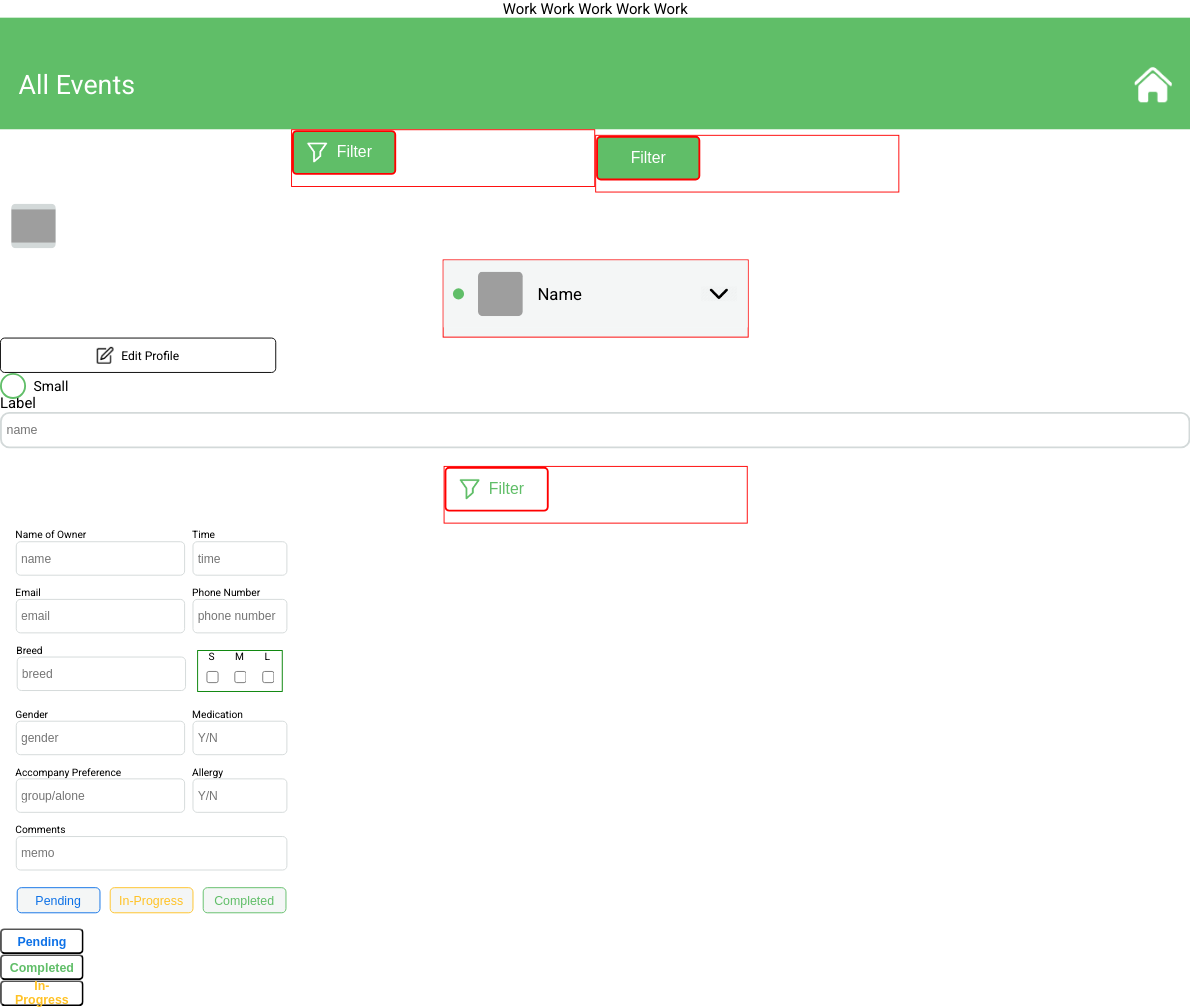
Repository: tanishap11/MDIA3109-Midterm
Page: / (app in midterm/)
These files come from the project's save history. The page is drawn as it stood at one moment and after a run of saves; the edit follows.
The browser window is 1280 px wide. The pictures show the whole page, at 93% of full size.
Pictures or frames that could not be fetched are drawn as grey boxes. The project was rebuilt for these pictures with package versions that can differ from the ones it lists, and the page was loaded fresh each time. Also part of the build but not shown: midterm/src/comps/Avatar/index.js, midterm/src/comps/Dot/index.js, midterm/src/comps/ProgressBut/Pending/index.js, midterm/src/comps/ProgressBut/InProgress/index.js, midterm/src/comps/ProgressBut/Completed/index.js, midterm/src/comps/ProgressBut/Test/Pen/index.js, midterm/src/comps/ProgressBut/Test/Prog/index.js, midterm/src/comps/ProgressBut/Test/Com/index.js and 1 more.

Above is the page before, as saved 2021-02-05 15:48:19.

### midterm/src/App.js
import './App.scss';
import Main from 'pages/main';

function App() {
  return (
    <div className="App">
      Work Work Work Work Work
      <Main />
    </div>
  );
}

export default App;

### midterm/src/App.scss
.App {
  text-align: center;
  font-family: 'roboto';
}

### midterm/src/pages/main/index.js
import React, { useState, useEffect } from 'react';
import Upload from 'comps/Upload';
import Avatar from 'comps/Avatar';
import Dot from 'comps/Dot';
import Pro_box from 'comps/Pro_box';
import Oliver from '../../image/oliver.jpeg';
import Spotty from '../../image/spotty.png';
import {Pending, Progress, Completed} from 'comps/Dot';
import EditBtn from 'comps/EditButton';
import Banner from 'comps/Banner';
import FliterCheck from 'comps/FliterCheck';
import FilterButton from 'comps/FilterButton';
import ActiveFilterImage from '../../image/filter-active.png';

import Input from 'comps/Input';
import PendingButton from 'comps/ProgressBut/Pending';
import ProgressButton from 'comps/ProgressBut/InProgress';
import CompletedButton from 'comps/ProgressBut/Completed';
import LandingPage from 'comps/ProgressBut/Test/Pen';
import YellowBut from 'comps/ProgressBut/Test/Prog';
import GreenBut from 'comps/ProgressBut/Test/Com';
import BlueBut from 'comps/ProgressBut/Test/Pend';
import Input_box from 'comps/inputBox';

import StatusButton from 'comps/StatusButton';

require('typeface-roboto');


const Main = () => {

  const [clickedButton, setClickedButton] = useState(null);

  const ButtonColorSelect = (name) =>{
    setClickedButton(name);
  }

  return <div className="main">
    <Banner />
    <FilterButton />
    <FilterButton name="Add" display="none" img=""/>
      <Upload />
      <Pro_box />
      <EditBtn />
      <FliterCheck />
      <Input /> <br/>
      <FilterButton bgcolor="white" border="2px solid #60BE68" color="#60BE68" img={ActiveFilterImage}/>
      <Input_box />
      <StatusButton
        name = "pending"
        text = "Pending"
        bgcolor = {clickedButton === "pending" ? "#0D71E7" : "white"}
        color = {clickedButton === "pending" ? "white" : "#0D71E7"}
        onButtonSelect={ButtonColorSelect}
      />
      <StatusButton
        name = "completed"
        text = "Completed"
        bgcolor = {clickedButton === "completed" ? "#60BE68" : "white"}
        color = {clickedButton === "completed" ? "white" : "#60BE68"}
        onButtonSelect={ButtonColorSelect}
      />
      <StatusButton
        name = "inprogress"
        text = "In-Progress"
        bgcolor = {clickedButton === "inprogress" ? "#FFC225" : "white"}
        color = {clickedButton === "inprogress" ? "white" : "#FFC225"}
        onButtonSelect={ButtonColorSelect}
      />

  </div>

}

export default Main;

### midterm/src/comps/Upload/index.js
import React from 'react';
import styled from 'styled-components';
import UploadImage from '../../image/upload.png';

const Container = styled.div`
min-width: ${props=>props.width ? props.width : "48px"};
min-height: ${props=>props.height ? props.height : "48px"};
max-width: ${props=>props.width ? props.width : "48px"};
max-height: ${props=>props.height ? props.height : "48px"};
// display: flex;
// flex-direction: column;
// justify-cotent: center;
align-items: center;
background-image: url(${props=>props.img ? props.img : UploadImage});
background-size: contain;
background-repeat: no-repeat;
background-position: center;
background-color: #D3D9D9;
border-radius: 5px;
margin: 12px;
`;

const Upload = ({width, height, img}) => {
    return <Container width={width} height={height} img={img}>

    </Container>
};

Upload.defaultProps = {
    width: null,
    height: null,
    img: null,
}

export default Upload;

### midterm/src/comps/EditButton/index.js
import React from 'react';
import styled from 'styled-components';
import Edit from '../../image/edit.png';


const Container = styled.div`
min-width: ${props=>props.width ? props.width : "295px"};
min-height: ${props=>props.height ? props.height : "36px"};
max-width: ${props=>props.width ? props.width : "295px"};
max-height: ${props=>props.height ? props.height : "36px"};
background-color: "#ffffff";
border-radius:5px;
border:black solid 1px;
display:flex;
justify-content:center;
align-items:center;
font-size:13px;

`;

const EditIcon = styled.div`
    min-width: ${props=>props.width ? props.width : "18px"};
    min-height: ${props=>props.height ? props.height : "18px"};
    max-width: ${props=>props.width ? props.width : "18px"};
    max-height: ${props=>props.height ? props.height : "18px"};
    background-image: url(${Edit});
    background-size: cover;
    background-repeat: no-repeat;
    background-position: center;
    margin-right:8px;
`;

const textBox = styled.div``;

const EditBtn = ({width, height, bgcolor, img, text}) => {
    return <Container width={width} height={height} bgcolor={bgcolor}>
        <EditIcon />
        <textBox>{text}</textBox>
    </Container>
};

EditBtn.defaultProps = {
    width: null,
    height: null,
    bgcolor: "#ffffff",
    img: null,
    text: "Edit Profile"
}

export default EditBtn;

### midterm/src/comps/Banner/index.js
import React from 'react';
import styled from 'styled-components';
import Home from '../../image/home.png';

const Container = styled.div`
min-width: ${props=>props.width ? props.width : "50%"};
min-height: ${props=>props.height ? props.height : "96px"};
max-width: ${props=>props.width ? props.width : "100vw"};
max-height: ${props=>props.height ? props.height : "auto"};
display: flex;
justify-content:space-between;
align-items: center;
color:${props=>props.bgcolor ? props.bgcolor : "#ffffff"};
background-color: ${props=>props.bgcolor ? props.bgcolor : "#60BE68"};
font-size: 1.8em;
padding:24px 20px 0px 20px;
`;

const HomeIcon = styled.div`
min-width: ${props=>props.width ? props.width : "40px"};
min-height: ${props=>props.height ? props.height : "38px"};
max-width: ${props=>props.width ? props.width : "40px"};
max-height: ${props=>props.height ? props.height : "38px"};
background-image: url(${Home});
background-size: cover;
background-repeat: no-repeat;
background-position: center;
`;

const Banner = ({width, height,color, bgcolor, text}) => {
    return <Container color={color} bgcolor={bgcolor} width={width} height={height}>
        {text}
        <HomeIcon />
    </Container>
};

Banner.defaultProps = {
    width: null,
    height: null,
    color:null,
    bgcolor: null,
    text: "All Events"
}

export default Banner;

### midterm/src/comps/Input/index.js
import React, {useState, useEffect} from 'react';
import styled from 'styled-components';

const Container = styled.div`
display:flex;
text-align:left;
flex-direction:column;
max-width:
`;

const InputBox = styled.input`
min-height:25px;
border-radius: 10px;
border: 2px solid #D3D9D9;
padding:5px;
`;



const Input = ({ title, name, width, height, bgcolor, onInputComplete, onContainerSelect }) => {

    const [username, setUsername] = useState("");




    return <Container OnClick={()=>{
        onContainerSelect(name);
    }} >
        <div className="title">{title}</div>
            <InputBox type='text' placeholder='name' onChange={(e)=>{
                setUsername(e.target.value);
            }}>{}</InputBox>

    </Container>
}

Input.defaultProps = {
    width: null,
    height: null,
    bgcolor: null,
    onInputComplete: () => {},
    onContainerSelect: () => {},
    title:'Label',
}

export default Input;








// const Container = styled.div`
// min-width:${props=>props.width ? props.width : "300px"};
// min-height:${props=>props.height ? props.height : "100px"};
// max-width:${props=>props.width ? props.width : "50%}"};
// max-height:${props=>props.height ? props.height : "300px"};
// padding:10px;
// display: flex;
// flex-direction:column;
// ${props => props.bgcolor && "background-color:"+props.bgcolor+";"}
// & > span {
//     margin:5px;
// }

// `;

// const InputBox = styled.input`
// min-height:25px;
// padding:5px;
// `;

// const Input = ({name}) =>{
//     return <Container>
//         <InputBox>
//             <div>{name}</div>
//         </InputBox>

//     </Container>
// }

// Input.defaultProps = {
//     name:'Comments',
// }

// export default Input;

### midterm/src/comps/StatusButton/index.js
import React, { useState, useEffect }from 'react';
import styled from 'styled-components';

const Container = styled.button`
min-width: 90px;
min-height: 28px;
max-width: 90px;
max-height: 28px;
border: "";
display: flex;
justify-content: center;
align-items: center;
${props=>props.bgcolor && "background-color:"+props.bgcolor+";"}
border-radius: 5px;
${props=>props.color && "color:"+props.color+";"}
cursor: pointer;
`;



const StatusButton = ({name, color, bgcolor, text, onButtonSelect}) => {

    useEffect(()=>{
        //alert("changed bg color");
    }, [bgcolor]);

    useEffect(()=>{
        //alert("changed bg color");
    }, [color]);

    return <Container onClick={()=>{
        onButtonSelect(name);
    }}bgcolor={bgcolor} color={color}>
        <h4>{text}</h4>
    </Container>
};

StatusButton.defaultProps = {
    bgcolor: null,
    text: null,
    color: null,
    onButtonSelect:()=>{}
}

export default StatusButton;

### midterm/src/comps/FilterBox/index.js
import React, { useState, useEffect } from 'react';
import styled from 'styled-components';
import FilterCheck from 'comps/FliterCheck';

const FilterBtnBox = styled.div`
min-width: ${props=>props.width ? props.width : "112px"};
min-height: ${props=>props.height ? props.height : "48px"};
max-width: ${props=>props.width ? props.width : "112px"};
max-height: ${props=>props.height ? props.height : "48px"};
border: ${props=>props.border ? props.border : "0px solid white"};
display: flex;
justify-content: center;
align-items: center;
background-color:${props=>props.bgcolor ? props.bgcolor : "#60BE68"};
border-radius: 5px;
color: ${props=>props.color ? props.color : "white"};
font-size: 17px;
cursor: pointer;
`;

const FilterImg = styled.img`
display: ${props=>props.display ? props.display : "block"};
position: relative;
left: -10px;
width: 22px;
height: 22px;
`;

export const Pending = "#0D71E7";
export const Progress = "#FFC225";
export const Completed = "#60BE68";

const Container = styled.div`
    width: 325px;
    height:auto;
    display:flex;
    flex-direction:column;
    justify-content:center;
    align-items:center;
    // border: solid 1px red;
`;

const InputRow = styled.div`
    display:flex;
    justify-content:center;

    div{
        display:inline-flex;
        flex-direction:column;
        align-items:flex-start;
        margin:6px 4px;
    }
`;
const InputRadio = styled.div`
    display:inline-flex !important;
    flex-direction:row !important;
    // justify-content:center;
    // align-items:center;
    border: 1px solid green;
    div{
        display:flex;
        align-items:center;
        justify-content:center;
        margin: 0px -32px;
    }
`;

const InputLabel = styled.label`
    font-size: 11px;

`
const InputForm = styled.input`
    min-width: ${props=>props.width ? props.width : "90px"};
    min-height: ${props=>props.height ? props.height: "28px"};
    max-width: ${props=>props.width ? props.width : "280px"};
    overflow:hidden;
    font-size:13px;
    border: 1px solid #D3D9D9;
    border-radius:5px;
    min-height:25px;
    padding:5px;

`;

const ButtonRow = styled.div`
    // width:280px;
    display:flex;
    // flex-direction:space-between;
    align-items:space-between;
    justify-contents:center;
`;

const FilterBox = ({expand, onMenuExpand, width, height, name, bgcolor, text}) => {

    return <Container width={width} height={height}>
        <InputRow>
            <div>
                <FilterCheck text="S"> </FilterCheck>
            </div>
            <div>
                <InputLabel for="time" >Time</InputLabel>
                <InputForm width="90px" height={height}  type='text' placeholder='time' />
            </div>
        </InputRow>
        <InputRow>
            <div>
                <InputLabel for="email" >Email</InputLabel>
                <InputForm width="170px" height={height}  type='text' placeholder='email' />
            </div>
            <div>
                <InputLabel for="phone" >Phone Number</InputLabel>
                <InputForm width="90px" height={height}  type='text' placeholder='phone number' />
            </div>
        </InputRow>
        <InputRow>
            <div>
                <InputLabel for="breed" >Breed</InputLabel>
                <InputForm width="170px" height={height}  type='text' placeholder='breed' />
            </div>
            <InputRadio>
                <div>
                    <InputLabel for="size" >S</InputLabel>
                    <InputForm width="90px" height={height}  type='radio' value='small' />
                </div>
                <div>
                    <InputLabel for="size" >M</InputLabel>
                    <InputForm width="90px" height={height}  type='radio' value='medium' />
                </div>
                <div>
                    <InputLabel for="size" >L</InputLabel>
                    <InputForm width="90px" height={height}  type='radio' value='large' />
                </div>
            </InputRadio>
        </InputRow>

        <InputRow>
            <div>
                <InputLabel for="gender" >Gender</InputLabel>
                <InputForm width="170px" height={height}  type='text' placeholder='gender' />
            </div>
            <div>
                <InputLabel for="medication" >Medication</InputLabel>
                <InputForm width="90px" height={height}  type='text' placeholder='Y/N' />
            </div>
        </InputRow>
        <InputRow>
            <div>
                <InputLabel for="preference" >Accompany Preference</InputLabel>
                <InputForm width="170px" height={height}  type='text' placeholder='group/alone' />
            </div>
            <div>
                <InputLabel for="allergy" >Allergy</InputLabel>
                <InputForm width="90px" height={height}  type='text' placeholder='Y/N' />
            </div>
        </InputRow>
        <InputRow>
            <div>
                <InputLabel for="comments" >Comments</InputLabel>
                <InputForm width="280px" height="auto"  type='text' placeholder='memo' />
            </div>
        </InputRow>

    </Container>
};

FilterBox.defaultProps = {
    width: null,
    height: null,
    text:"label",
    bgcolor:null,
    bdcolor:null,
    ftcolor:"#FFC225"
}

export default FilterBox;

Loaded but not shown: midterm/public/index.html (common file); midterm/src/index.js (common file); midterm/src/index.css (common file); midterm/src/reportWebVitals.js (common file); midterm/src/comps/inputBox/index.js (179 lines, source omitted); midterm/src/comps/Pro_box/index.js (177 lines, source omitted); midterm/src/comps/FilterButton/index.js (93 lines, source omitted); midterm/src/comps/FliterCheck/index.js (93 lines, source omitted)

After the next 3 saves:
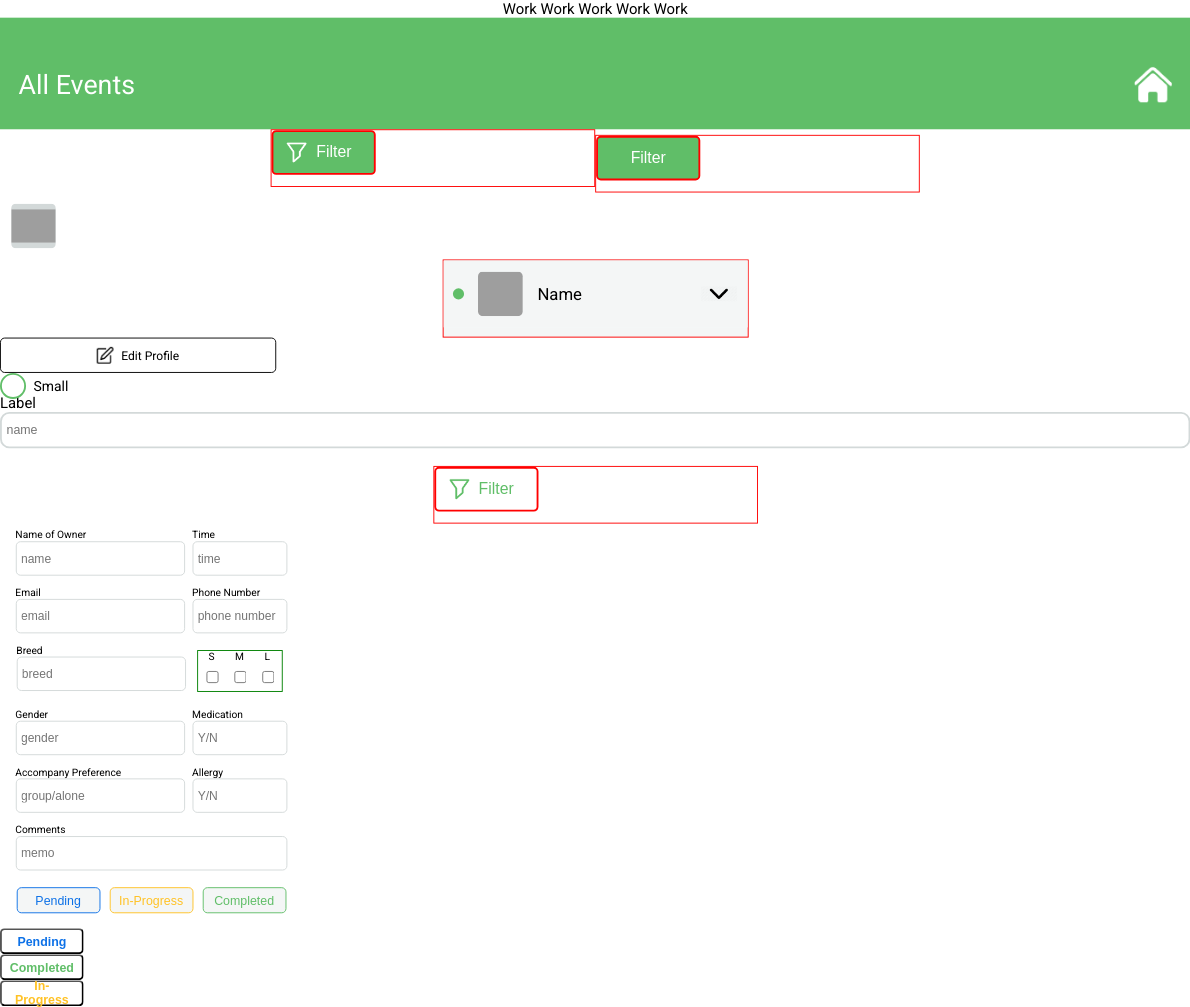
The 3 saves are shown as one change because 2 did not build or start.
The last was saved 2 min 25 s later.
--- a/midterm/src/comps/FilterBox/index.js
+++ b/midterm/src/comps/FilterBox/index.js
@@ -1,43 +1,24 @@
 import React, { useState, useEffect } from 'react';
 import styled from 'styled-components';
 import FilterCheck from 'comps/FliterCheck';
+// import ExitButton from '../../image/exit.png';
 
 const FilterBtnBox = styled.div`
-min-width: ${props=>props.width ? props.width : "112px"};
-min-height: ${props=>props.height ? props.height : "48px"};
-max-width: ${props=>props.width ? props.width : "112px"};
-max-height: ${props=>props.height ? props.height : "48px"};
-border: ${props=>props.border ? props.border : "0px solid white"};
-display: flex;
-justify-content: center;
-align-items: center;
-background-color:${props=>props.bgcolor ? props.bgcolor : "#60BE68"};
-border-radius: 5px;
-color: ${props=>props.color ? props.color : "white"};
-font-size: 17px;
-cursor: pointer;
-`;
-
-const FilterImg = styled.img`
-display: ${props=>props.display ? props.display : "block"};
-position: relative;
-left: -10px;
-width: 22px;
-height: 22px;
-`;
-
-export const Pending = "#0D71E7";
-export const Progress = "#FFC225";
-export const Completed = "#60BE68";
-
-const Container = styled.div`
-    width: 325px;
+    width: 345px;
     height:auto;
     display:flex;
     flex-direction:column;
     justify-content:center;
     align-items:center;
-    // border: solid 1px red;
+    border: solid 1px red;
+    background-color:${props=>props.bgcolor ? props.bgcolor : "white"};
+    border-radius: 5px;
+    color: ${props=>props.color ? props.color : "#141414"};
+    font-size: 17px;
+    cursor: pointer;
+    &>span {
+        font-size:22px;
+    }
 `;
 
 const InputRow = styled.div`
@@ -82,34 +63,34 @@ const InputForm = styled.input`
 
 `;
 
+const InputRadioForm = styled.input`
+    min-width: ${props=>props.width ? props.width : "12px"};
+    min-height: ${props=>props.height ? props.height: "24px"};
+    overflow:hidden;
+    border: 1px solid #D3D9D9;
+    border-radius:5px;
+`;
+
 const ButtonRow = styled.div`
-    // width:280px;
     display:flex;
-    // flex-direction:space-between;
     align-items:space-between;
     justify-contents:center;
 `;
 
 const FilterBox = ({expand, onMenuExpand, width, height, name, bgcolor, text}) => {
 
-    return <Container width={width} height={height}>
+    return <FilterBtnBox width={width} height={height}>
+        <span>Filters</span>
+        {/* <ExitButton /> */}
         <InputRow>
-            <div>
-                <FilterCheck text="S"> </FilterCheck>
-            </div>
-            <div>
-                <InputLabel for="time" >Time</InputLabel>
-                <InputForm width="90px" height={height}  type='text' placeholder='time' />
-            </div>
+
         </InputRow>
         <InputRow>
             <div>
-                <InputLabel for="email" >Email</InputLabel>
-                <InputForm width="170px" height={height}  type='text' placeholder='email' />
+
             </div>
             <div>
-                <InputLabel for="phone" >Phone Number</InputLabel>
-                <InputForm width="90px" height={height}  type='text' placeholder='phone number' />
+
             </div>
         </InputRow>
         <InputRow>
@@ -117,50 +98,24 @@ const FilterBox = ({expand, onMenuExpand, width, height, name, bgcolor, text}) =
                 <InputLabel for="breed" >Breed</InputLabel>
                 <InputForm width="170px" height={height}  type='text' placeholder='breed' />
             </div>
-            <InputRadio>
-                <div>
-                    <InputLabel for="size" >S</InputLabel>
-                    <InputForm width="90px" height={height}  type='radio' value='small' />
-                </div>
-                <div>
-                    <InputLabel for="size" >M</InputLabel>
-                    <InputForm width="90px" height={height}  type='radio' value='medium' />
-                </div>
-                <div>
-                    <InputLabel for="size" >L</InputLabel>
-                    <InputForm width="90px" height={height}  type='radio' value='large' />
-                </div>
-            </InputRadio>
-        </InputRow>
-
-        <InputRow>
             <div>
-                <InputLabel for="gender" >Gender</InputLabel>
-                <InputForm width="170px" height={height}  type='text' placeholder='gender' />
-            </div>
-            <div>
-                <InputLabel for="medication" >Medication</InputLabel>
-                <InputForm width="90px" height={height}  type='text' placeholder='Y/N' />
+                <InputRadio>
+                    <div>
+                        <InputLabel for="size" >S</InputLabel>
+                        <InputRadioForm type="checkbox" value='small' onchange="checkboxChange()" />
+                    </div>
+                    <div>
+                        <InputLabel for="size" >M</InputLabel>
+                        <InputRadioForm  type="checkbox" value='medium' onchange="checkboxChange()" />
+                    </div>
+                    <div>
+                        <InputLabel for="size" >L</InputLabel>
+                        <InputRadioForm type="checkbox" value='large' onchange="checkboxChange()"/>
+                    </div>
+                </InputRadio>
             </div>
         </InputRow>
-        <InputRow>
-            <div>
-                <InputLabel for="preference" >Accompany Preference</InputLabel>
-                <InputForm width="170px" height={height}  type='text' placeholder='group/alone' />
-            </div>
-            <div>
-                <InputLabel for="allergy" >Allergy</InputLabel>
-                <InputForm width="90px" height={height}  type='text' placeholder='Y/N' />
-            </div>
-        </InputRow>
-        <InputRow>
-            <div>
-                <InputLabel for="comments" >Comments</InputLabel>
-                <InputForm width="280px" height="auto"  type='text' placeholder='memo' />
-            </div>
-        </InputRow>
-
-    </Container>
+    </FilterBtnBox>
 };
 
 FilterBox.defaultProps = {
